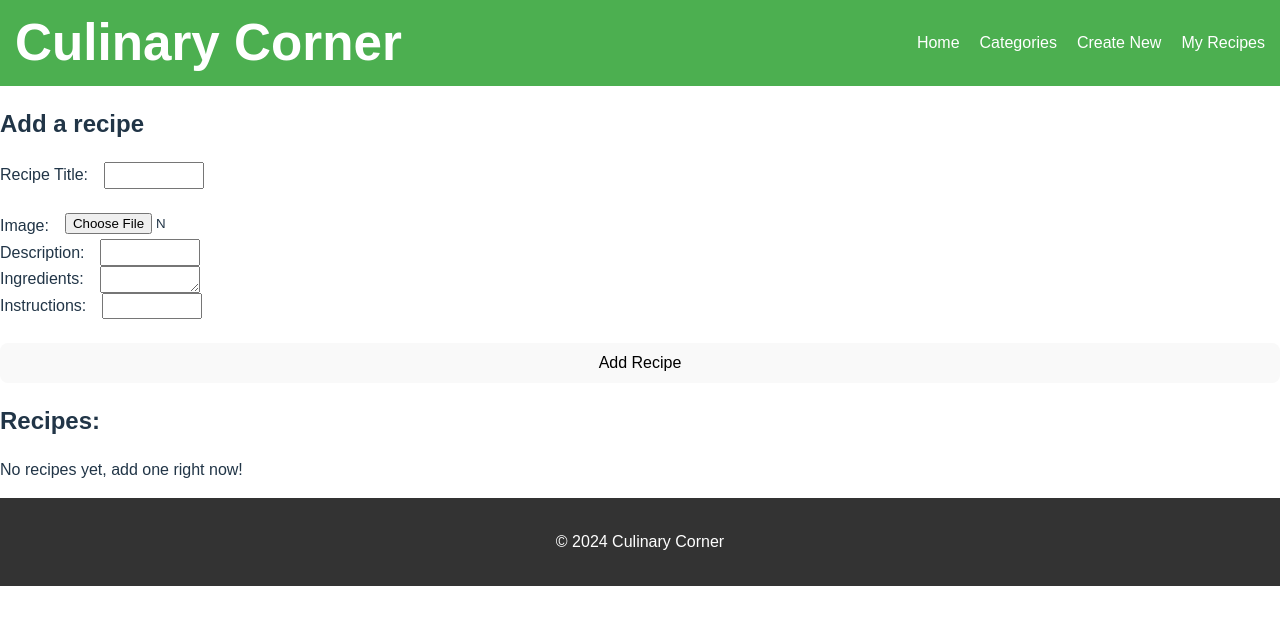
Repository: danielder10/Mon-Jumi-Daniel-FrontEnd-Project
Page: /add-new-recipe
The author's editor kept a copy of each file at every save. The page is drawn from the files as they stood at one save, then again after the next save.
The browser window is 1280 px wide. The pictures show the whole page.
The project was rebuilt for these pictures with package versions that can differ from the ones it lists, and the page was loaded fresh each time. Also part of the build but not shown: vite.config.js, src/Home.jsx, src/Categories.jsx, src/MyRecipes.jsx, src/RecipesDetails.jsx.

Above is the page before, as saved 2024-11-16 01:19:49.

After the next save:
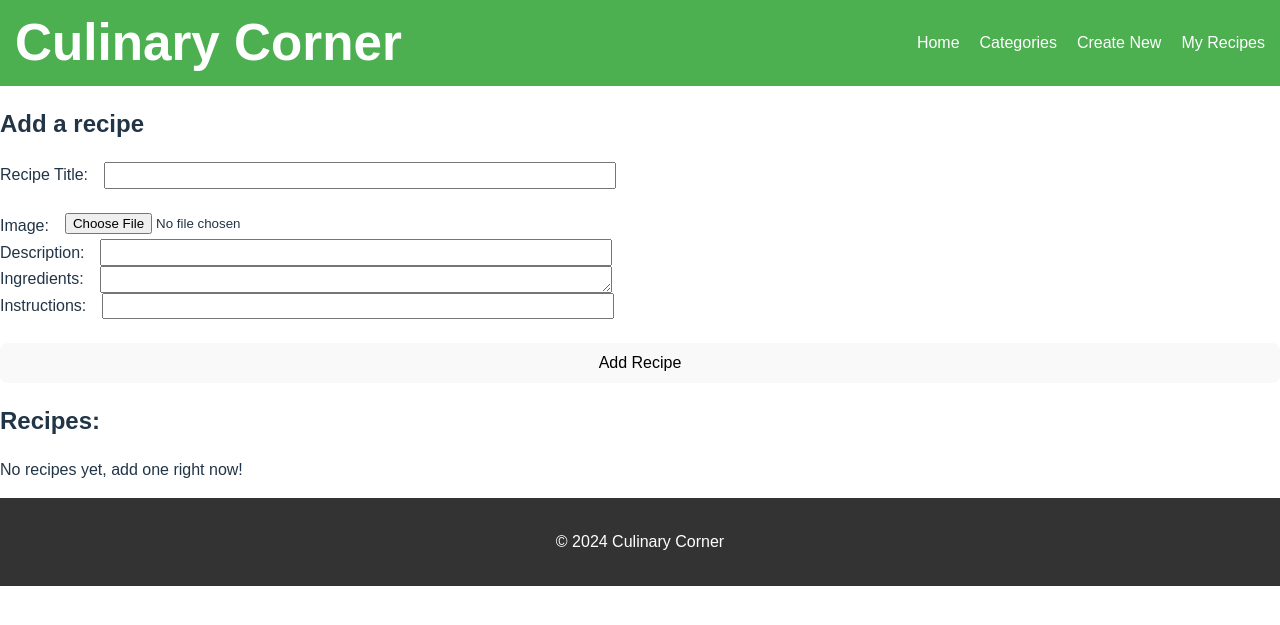
Saved 8 s later.
--- a/src/App.css
+++ b/src/App.css
@@ -97,6 +97,6 @@
 }
 
 .input-field input, textarea {
-  width: 100px;
+  width: 40%;
   height: 2em;
 }

After the save that followed:
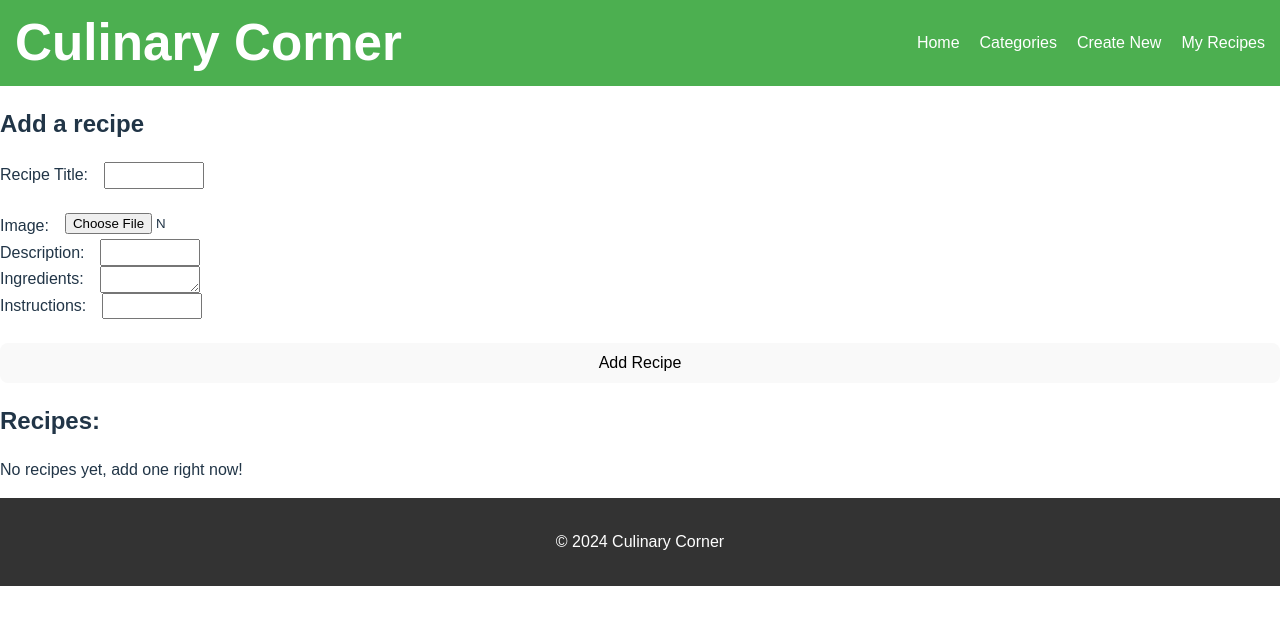
Saved 14 s later.
--- a/src/App.css
+++ b/src/App.css
@@ -97,6 +97,6 @@
 }
 
 .input-field input, textarea {
-  width: 40%;
+  width: 100px;
   height: 2em;
 }
